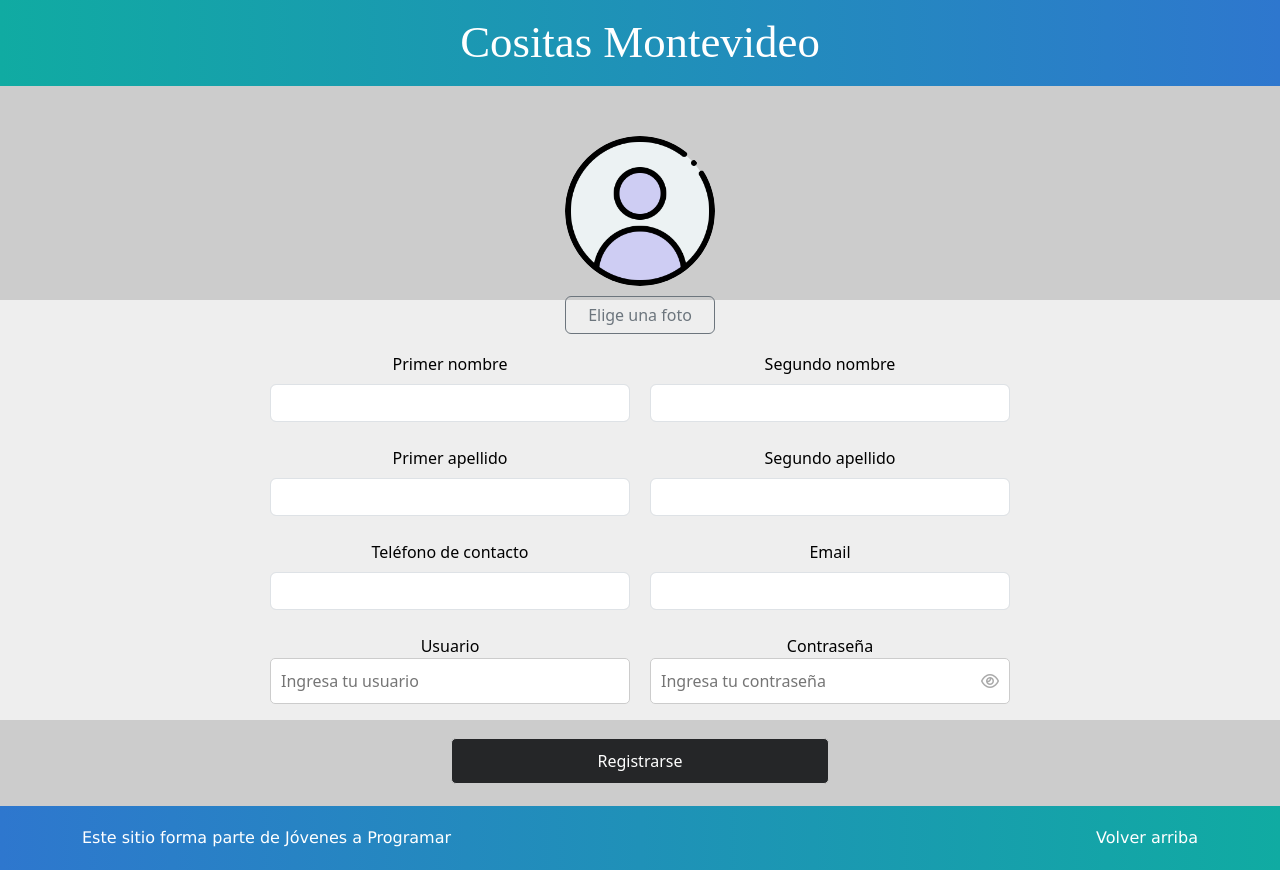
Repository: naticab/proyecto-dw
Page: registration.html
An editor plug-in stored every save of this project. The page is shown before and after the next save, followed by the edit.
The browser window is 1280 px wide. The pictures show the whole page.
Some web fonts or font styles are not loaded; a fallback is used.

Above is the page before, as saved 2024-10-22 22:15:34.
Console error: TypeError: Cannot read properties of null (reading 'classList')

### registration.html
<!DOCTYPE html>
<html lang="es">

<head>
    <meta charset="UTF-8">
    <meta name="viewport" content="width=device-width, initial-scale=1, shrink-to-fit=no">
    <title>eMercado - Todo lo que busques está aquí</title>

    <link href="https://fonts.googleapis.com/css?family=Raleway:300,300i,400,400i,700,700i,900,900i" rel="stylesheet">
    <link href="css/bootstrap.min.css" rel="stylesheet">
    <link href="https://cdn.jsdelivr.net/npm/bootstrap@5.3.0/dist/css/bootstrap.min.css" rel="stylesheet">
    <link href="https://cdn.jsdelivr.net/npm/@fortawesome/fontawesome-free/css/all.min.css" rel="stylesheet">
    <link href="css/styles.css" rel="stylesheet" type="text/css">
    <link rel="stylesheet" href="css/registration.css" type="text/css">
    <link href="css/header-and-footer.css" rel="stylesheet">
    <link href="https://fonts.googleapis.com/css2?family=Love+Ya+Like+A+Sister&display=swap" rel="stylesheet">
</head>

<body>

    <header>
        <div class="header-container">
            <h1>Cositas Montevideo</h1>
        </div>
    </header>


    <main>
        <div class="profile-container">
            <div class="profile-image">
                <img src="img/usuario.png" id="profilePic" alt="avatar">
                <input type="file" name="foto" id="foto" accept="image/*" style="display: none;" />
                <label for="foto" class="btn btn-outline-secondary">Elige una foto</label>
            </div>
            <form method="post" class="row g-1 mt-1" id="myForm">
                <div class="col-md-6">
                    <label for="nombre1" class="form-label">Primer nombre</label>
                    <input type="text" class="form-control" id="nombre1" name="nombre" required>
                    <div class="invalid-feedback">Debe ingresar un nombre.</div>
                </div>
                <div class="col-md-6">
                    <label for="nombre2" class="form-label">Segundo nombre</label>
                    <input type="text" class="form-control" id="nombre2" name="nombre2">
                </div>
                <div class="col-md-6">
                    <label for="apellido1" class="form-label">Primer apellido</label>
                    <input type="text" class="form-control" id="apellido1" name="apellido" required>
                    <div class="invalid-feedback">Debe ingresar un apellido.</div>
                </div>
                <div class="col-md-6">
                    <label for="apellido2" class="form-label">Segundo apellido</label>
                    <input type="text" class="form-control" id="apellido2" name="apellido2">
                </div>
                <div class="col-md-6">
                    <label for="telefono" class="form-label">Teléfono de contacto</label>
                    <input type="tel" class="form-control" id="telefono" name="telefono">
                </div>
                <div class="col-md-6">
                    <label for="email" class="form-label">Email</label>
                    <input type="email" class="form-control" id="email" name="email" required>
                    <div class="invalid-feedback">Debe ingresar un email.</div>
                </div>
                <div class="col-md-6">
                    <label for="username">Usuario</label>
                    <input type="text" id="username" name="username" placeholder="Ingresa tu usuario">
                </div>
                <div class="col-md-6">
                    <label for="password">Contraseña</label>
                    <div class="password-container">
                        <input type="password" id="password" name="password" placeholder="Ingresa tu contraseña">
                        <i class="far fa-eye" id="togglePassword"></i>
                    </div>
                </div>
                <div class="col-12 text-center">
                    <button type="submit" id="button">Registrarse</button>
                </div>
            </form>
        </div>
    </main>


    <footer class="text-center py-2">
        <div class="container">
            <div class="footer-content">
                <p class="footer-text">Este sitio forma parte de <a class="footer-link"
                        href="https://jovenesaprogramar.edu.uy/" target="_blank">Jóvenes a Programar</a></p>
                <p class="footer-link-end">
                    <a class="footer-link" href="#">Volver arriba</a>
                </p>
            </div>
        </div>
    </footer>

    <script src="js/bootstrap.bundle.min.js"></script>
    <script src="js/registration.js"></script>
    <script src="js/header-and-footer.js"></script>
</body>

</html>

### css/styles.css
.jumbotron,
.card-body,
.container,
.site-header {
  font-family: 'Verdana', serif !important;
}

.row {
  color: black;
}

#login-heading {
  font-size: 2rem;
}

.jumbotron .display-4 {
  font-weight: bold;
}

h2 {
  font-size: 2rem;
}

nav a {
  text-decoration: none;
}

.bd-placeholder-img {
  font-size: 1.125rem;
  text-anchor: middle;
  -webkit-user-select: none;
  -moz-user-select: none;
  -ms-user-select: none;
  user-select: none;
}

@media (min-width: 768px) {
  .bd-placeholder-img-lg {
    font-size: 3.5rem;
  }
}

.jumbotron {
  height: 50vh;
  padding: 5em inherit;
  margin-bottom: 0;
  background-color: #53C0FB;
  background: url('../img/cover_back.png');
  background-size: cover;
  background-position: center;
  background-repeat: no-repeat;
  color: black;
  font-weight: bold;
}

@media (min-width: 768px) {
  .jumbotron {
    padding-top: 6rem;
    padding-bottom: 6rem;
  }
}

.jumbotron p:last-child {
  margin-bottom: 0;
}

.jumbotron-heading {
  font-weight: 300;
}

.jumbotron .container {
  max-width: 40rem;
  background-color: rgba(255, 255, 255, 0.5);
  border-radius: 10px;
  text-shadow: 1px 1px 2px grey;
}

.jumbotron .lead {
  font-size: 38px;
}

.dropzone {
  border: 2px dashed #0087F7;
  border-radius: 5px;
  background: white;
}

.img-fit {
  max-height: 100%;
}

.alert {
  position: fixed;
  top: 80px;
  width: 50%;
  left: 50%;
  transform: translate(-50%, 0);
}

.lds-ring {
  display: inline-block;
  position: relative;
  width: 64px;
  height: 64px;
  top: 50%;
  left: 50%;
}

.cursor-active {
  cursor: pointer;
}

.left {
  float: left;
  padding: 4px;
  background-color: rgba(255, 255, 255, 0.5);
}

.lds-ring div {
  box-sizing: border-box;
  display: block;
  position: absolute;
  width: 51px;
  height: 51px;
  margin: 6px;
  border: 6px solid #fff;
  border-radius: 50%;
  animation: lds-ring 1.2s cubic-bezier(0.5, 0, 0.5, 1) infinite;
  border-color: #fff transparent transparent transparent;
}

.lds-ring div:nth-child(1) {
  animation-delay: -0.45s;
}

.lds-ring div:nth-child(2) {
  animation-delay: -0.3s;
}

.lds-ring div:nth-child(3) {
  animation-delay: -0.15s;
}

@keyframes lds-ring {
  0% {
    transform: rotate(0deg);
  }

  100% {
    transform: rotate(360deg);
  }
}

.signin {
  width: 100%;
  max-width: 330px;
  padding: 15px;
  margin: auto;
}

#spinner-wrapper {
  position: fixed;
  background-color: rgba(0, 0, 0, 0.5);
  width: 100%;
  height: 100%;
  top: 0;
  left: 0;
  z-index: 1021;
  display: none;
}

/* main {
  min-height: calc(100vh - 210px);
} */

a.custom-card,
a.custom-card:hover {
  color: inherit;
  text-decoration: inherit;
}

.checked {
  color: orange;
}

### css/registration.css
body {
    display: flex;
    flex-direction: column;
    height: 100vh; /* Asegura que el body ocupe toda la altura de la ventana */
    margin: 0;
    padding: 0;
}

main {
    display: flex;
    justify-content: center;
    align-items: center;
}


.login-container {
    width: 30em;
    text-align: center;
}

input, button {
    width: 100%;
    padding: 10px;
    margin: 10px 0;
    border-radius: 5px;
    border: 1px solid #ccc;
}

button {
    width: 50%;
    background-color: #252628;
    color: white;
    cursor: pointer;
}

button:hover {
    background-color: #3f3f3f;
}


.password-container {
    position: relative;
}

.password-container i {
    position: absolute;
    right: 10px;
    top: 50%;
    transform: translateY(-50%);
    cursor: pointer;
    color: #aaa;
}


header {
    background: #121219;
    color: #fff;
    width: 100%;
    display: flex;
    justify-content: center;
    align-items: center;
    padding: 1rem 0;
    box-sizing: border-box; /* Asegúrate de que el padding no afecte el ancho total */
    margin: 0;
}

.header-container {
    width: 100%;
    text-align: center;
}

h1 {
    font-family: "Love Ya Like A Sister", cursive;
    margin: 0;
}



@media (max-width: 768px) {
    .login-container {
        width: 25em;
    }
}

@media (max-width: 576px) {

    body {
        background-color: #AAA8A4;
    }

    .login-container {
        width: 20em;
        padding: 15px;
    }

    button {
        width: 50%;
    }

    input {
        margin: 5px 0;
    }

    footer {
        visibility: hidden;
    }
}







.bd-placeholder-img {
    font-size: 1.125rem;
    text-anchor: middle;
    -webkit-user-select: none;
    -moz-user-select: none;
    -ms-user-select: none;
    user-select: none;
  }

  @media (min-width: 768px) {
    .bd-placeholder-img-lg {
      font-size: 3.5rem;

    }

    html,
    body {
      height: 100%;
      margin: 0;
    }
  }

  body {
    background-color: #eeeeee;
    height: 100vh;
    background: linear-gradient(to bottom, #cccccc 300px, #eeeeee 300px);
  }

  .profile-container {
    display: flex;
    flex-direction: column;
    align-items: center;
    padding-top: 50px;
    margin: 0 auto;
    max-width: 800px;
    /* Puedes ajustar esto según el diseño que quieras */
    padding: 50px 20px 20px 20px;
    height: 100%;
  }

  .profile-image img {
    border-radius: 50%;
    width: 150px;
    height: 150px;
  }

  form {
    max-width: 800px;
    width: 100%;
  }

  label {
    display: block;
    text-align: center;
  }

  button {
    margin-top: 20px;
  }

  input {
    display: block;
    margin: 0 auto;
  }

  .row {
    display: flex;
    flex-wrap: wrap;
    justify-content: center;
  }

  .col-md-6 {
    width: 50%;
    padding: 10px;
  }

  .btn-outline-secondary {
    display: block;
    margin-top: 10px;
  }

### css/header-and-footer.css
header {
    background: linear-gradient(to right, #10ABA2, #2E77CE);
    color: #fff;
    position: relative;
}

h1 {
    font-family: "Love Ya Like A Sister", cursive;
    font-size: 2.8rem;
}

a#inicio {
    color: #f1f1f1;
    text-decoration: none;
}

a#inicio:hover {
    color: white;
    transition: color 0.3s, text-shadow 0.3s;
}

.subtitulos-header {
    font-size: 1.2rem;
}

a.nav-link {
    color: #f1f1f1;
}

a.nav-link:hover {
    color: #9b9a9b;
    transition: color 0.3s, text-shadow 0.3s;
    transform: scale(1.05);
}

/* Espaciado entre los elementos del menú */
.navbar-nav .nav-item {
    margin-right: 40px;
}

.navbar-nav .nav-item:last-child {
    margin-right: 0;
    /* Quitar margen derecho al último elemento */
}

#user-name.nav-link {
    color: #f1f1f1;
}

#user-name.nav-link:hover {
    color: #9b9a9b;
    transform: scale(1.05);
    transition: color 0.3s, text-shadow 0.3s;
}

.navbar-collapse {
    justify-content: flex-end;
}

.navbar-toggler:hover {
    cursor: pointer;
}


.user-avatar {
    border-radius: 50%;
    width: 50px;
    height: 50px;
}

.user-avatar:hover {
    transform: scale(1.10);
    transition: 0.3s;
}

.navbar-nav .dropdown-menu {
    background: linear-gradient(to right, #10ABA2, #2E77CE);
    border: none;
}

.navbar-nav .dropdown-menu:hover {
    cursor: pointer;
    color: #9b9a9b;
    transition: color 0.3s, text-shadow 0.3s;
}

.dropdown-toggle::after {
    display: none;
}

.navbar-nav .nav-link {
    display: flex;
    align-items: center;
    height: 100%;
    padding: 0.5rem 0;
}



/* Modo Claroscuro */

/* Modo Claro */
body.light-mode {
    background-color: #edf2f374;
}

body.light-mode .product-card:hover {
    box-shadow: 0 4px 8px #16161633;
    background-color: #bef3ff91;
    cursor: pointer;
}

body.light-mode .related-products:hover {
    box-shadow: #00000033;
    background-color: #bef3ff91;
    cursor: pointer;
}



/* Modo Oscuro */
body.dark-mode {
    background-color: #262729;
    color: rgb(208, 208, 208);
}

body.dark-mode .product-card:hover {
    box-shadow: 0 4px 8px #16161633;
    background-color: #bef3ff;
    cursor: pointer;
}

body.dark-mode .related-products:hover {
    box-shadow: #00000033;
    background-color: #bef3ff;
    cursor: pointer;
}

body.dark-mode .color-letters {
    color: white;
}


/* Palanca para activar el claroscuro */

#mode-toggle {
    border: none;
    outline: none;
    box-shadow: none;
}

#mode-toggle i {
    transition: color 0.3s;
    font-size: 1.2rem;
    cursor: pointer;
    color: #ffffff;
}

#mode-toggle:hover {
    background: none;
    transform: scale(1.05);
}

#mode-toggle:hover .fa-sun {
    color: #ffd700;
}

#mode-toggle:hover .fa-moon {
    color: #000000;
}



/* Cart */

#cart-button {
    border: none;
    outline: none;
    box-shadow: none;
    background-color: transparent;
}

#cart-button i {
    transition: color 0.3s;
    font-size: 1.2rem;
    color: #ffffff;
}

#cart-button i:hover {
    color: #9B9A9B;
    transform: scale(1.05);
}




@media (max-width: 995px) {

    .hamburger {
        display: flex;
        flex-direction: row;
        align-items: center;
        justify-content: space-between;
    }

    .navbar-toggler {
        position: relative;
        right: 0;
    }

    .navbar-collapse {
        display: none;
        position: absolute;
        top: 148%;
        left: -45px;
        width: 270%;
        z-index: 999;
        flex-direction: column-reverse;
        align-items: center;
        justify-content: center;
    }

    .navbar-collapse.show {
        display: flex;
    }

    .navbar-nav {
        background: linear-gradient(to right, #10ABA2, #2E77CE);
        color: #fff;
        padding: 1.5rem;
        border-radius: 0 0 100px 100px;
        font-weight: bold;
        text-align: center;
        display: flex;
        justify-content: center;
        /* Centra horizontalmente todos los li */
        align-items: center;
        /* Centra verticalmente los li */
        width: 100%;
    }

    .navbar-toggler-icon {
        background-image: url('data:[embedded picture, 238 characters]');
        filter: brightness(0) invert(1);
        /* Cambia el icono a blanco */
    }

    .navbar-toggler:focus {
        outline: none;
        box-shadow: none;
    }


    .navbar-nav:hover {
        cursor: pointer;
    }

    a.nav-link:hover {
        color: #9b9a9b;
        transition: color 0.3s, text-shadow 0.3s;
        transform: scale(1.05);
    }

    .navbar-nav .nav-item {
        margin: 10px 0;
    }
}


footer {
    background: linear-gradient(to right, #2E77CE, #10ABA2);
    color: #fff;
    min-height: 4rem;
    display: flex;
    justify-content: center;
    align-items: center;
    padding: 0 1rem;
}

.container {
    width: 100%;
}

.footer-content {
    display: flex;
    justify-content: space-between;
    width: 100%;
    align-items: center;
}

.footer-text {
    margin: 0;
    text-align: center;
}

.footer-link-end {
    margin: 0;
    text-align: right;
}

.footer-link {
    color: #fff;
    text-decoration: none;
}

.footer-link:hover {
    color: #9b9a9b;
    transition: color 0.3s, text-shadow 0.3s;
    transform: scale(1.05);
}


/* Menú desplegable del usuario */

@media (max-width: 995px) {
    .navbar-nav .dropdown-menu {
        width: auto;
        min-width: 150px;
        max-width: 200px;
        left: 0;
        right: auto;
        top: 100%;
        position: relative;
        z-index: 1000;
    }

    .dropdown-menu>li {
        padding: 0.05rem;

    }

    .dropdown-item {
        width: 100%;
        white-space: normal;
    }
}

main {
    min-height: 100vh;
    /* El contenido ocupará al menos el 100% de la altura de la ventana */
    padding-bottom: 30px;
    /* Da espacio suficiente para que el contenido no se superponga con el footer */
    box-sizing: border-box;
}

### js/registration.js
document.getElementById('togglePassword').addEventListener('click', function () {
    const passwordField = document.getElementById('password');
    const type = passwordField.getAttribute('type') === 'password' ? 'text' : 'password';
    passwordField.setAttribute('type', type);

    this.classList.toggle('fa-eye-slash');
});

document.getElementById('button').addEventListener('click', function(event) {
    const username = document.getElementById('username').value;
    const password = document.getElementById('password').value;
    if (username !== '' && password !== '') {
         localStorage.setItem('isAuthenticated', 'true');
         localStorage.setItem('username', username);
        window.location.href = 'index.html';
    } else {
         alert('Usuario o contraseña incorrectos.');
     }
});


document.addEventListener("DOMContentLoaded", function () {
    const defaultFile = 'img/usuario.png';
    const fileInput = document.getElementById('foto');
    const profilePic = document.getElementById('profilePic');
    const userImageElement = document.getElementById('user-image');
    const userImage = userImageElement ? userImageElement.querySelector('img') : null;

    // Cargar la imagen de perfil desde localStorage
    const savedImage = localStorage.getItem('profileImage');
    if (savedImage) {
      profilePic.src = savedImage; // Actualiza la imagen en el perfil
      if (userImage) userImage.src = savedImage; // Actualiza la imagen en el header
    } else {
      profilePic.src = defaultFile; // Imagen por defecto
      if (userImage) userImage.src = defaultFile; // Imagen por defecto
    }

    fileInput.addEventListener('change', e => {
      if (e.target.files[0]) {
        const reader = new FileReader();
        reader.onload = function (e) {
          const imageBase = e.target.result;
          profilePic.src = imageBase; // Actualiza la imagen en el perfil
          if (userImage) userImage.src = imageBase; // Actualiza la imagen en el header
          localStorage.setItem('profileImage', imageBase); // Guarda la imagen en localStorage
        };
        reader.readAsDataURL(e.target.files[0]); // Lee el archivo como URL en Base64
      } else {
        profilePic.src = defaultFile; // Imagen por defecto
        if (userImage) userImage.src = defaultFile; // Imagen por defecto
        localStorage.removeItem('profileImage'); // Eliminar imagen de localStorage
      }
    });

    // Recuperar los datos guardados en localStorage al cargar la página
    const nombre1 = document.getElementById("nombre1");
    const apellido = document.getElementById("apellido1");
    const email = document.getElementById("email");

    if (localStorage.getItem("nombre")) {
      nombre1.value = localStorage.getItem("nombre");
    }

    if (localStorage.getItem("apellido")) {
      apellido.value = localStorage.getItem("apellido");
    }

    if (localStorage.getItem("userEmail")) {
      email.value = localStorage.getItem("userEmail");
    }

    // Validación del formulario y guardar datos en localStorage
    document.getElementById("regBtn").addEventListener("click", function (e) {
      e.preventDefault(); // Evita el envío del formulario
      let isValid = true;

      // Validar campos requeridos
      if (!nombre1.value.trim()) {
        nombre1.classList.add("is-invalid");
        isValid = false;
      } else {
        nombre1.classList.remove("is-invalid");
        nombre1.classList.add("is-valid");
      }

      if (!apellido.value.trim()) {
        apellido.classList.add("is-invalid");
        isValid = false;
      } else {
        apellido.classList.remove("is-invalid");
        apellido.classList.add("is-valid");
      }

      // Validación del email usando una expresión regular para verificar que tenga @
      const emailRegex = /^[^\s@]+@[^\s@]+\.[^\s@]+$/;
      if (!email.value.trim() || !emailRegex.test(email.value)) {
        email.classList.add("is-invalid");
        isValid = false;
      } else {
        email.classList.remove("is-invalid");
        email.classList.add("is-valid");
      }

      // Si todo es válido, guardar en localStorage
      if (isValid) {
        localStorage.setItem("nombre", nombre1.value);
        localStorage.setItem("apellido", apellido.value);
        localStorage.setItem("userEmail", email.value);
        alert("Datos guardados con éxito.");
      }
    });
  });

### js/header-and-footer.js
document.addEventListener('click', function(event) {
    var navbar = document.querySelector('.navbar-collapse');
    var toggler = document.querySelector('.navbar-toggler');

    // Si el menú está abierto y se hace clic fuera de él, lo cierra
    if (navbar.classList.contains('show') && !navbar.contains(event.target) && !toggler.contains(event.target)) {
        var bsCollapse = new bootstrap.Collapse(navbar, {
            toggle: false
        });
        bsCollapse.hide();
    }
});

// Cerrar el menú automáticamente al hacer clic en cualquier enlace
var navLinks = document.querySelectorAll('.nav-link');
navLinks.forEach(function(link) {
    link.addEventListener('click', function() {
        var navbar = document.querySelector('.navbar-collapse');
        var bsCollapse = new bootstrap.Collapse(navbar, {
            toggle: false
        });
        bsCollapse.hide();
    });
});


// Modo Claroscuro

// Seleccionar el botón y el icono
const modeToggle = document.getElementById("mode-toggle");
const themeIcon = document.getElementById("theme-icon");

// Establecer el modo inicial según el modo de color preferido del navegador
if (localStorage.getItem("theme") === "dark") {
    document.body.classList.add("dark-mode");
    themeIcon.classList.remove("fa-moon");
    themeIcon.classList.add("fa-sun");
} else {
    document.body.classList.add("light-mode");
    themeIcon.classList.remove("fa-sun");
    themeIcon.classList.add("fa-moon");
}

// Función para alternar entre modos
modeToggle.addEventListener("click", () => {
    document.body.classList.toggle("dark-mode");
    document.body.classList.toggle("light-mode");

    // Cambiar el icono y guardar la preferencia en localStorage
    if (document.body.classList.contains("dark-mode")) {
        themeIcon.classList.remove("fa-moon");
        themeIcon.classList.add("fa-sun");
        localStorage.setItem("theme", "dark");
    } else {
        themeIcon.classList.remove("fa-sun");
        themeIcon.classList.add("fa-moon");
        localStorage.setItem("theme", "light");
    }
});

Loaded but not shown: css/bootstrap.min.css (library); js/bootstrap.bundle.min.js (library)

After the next save:
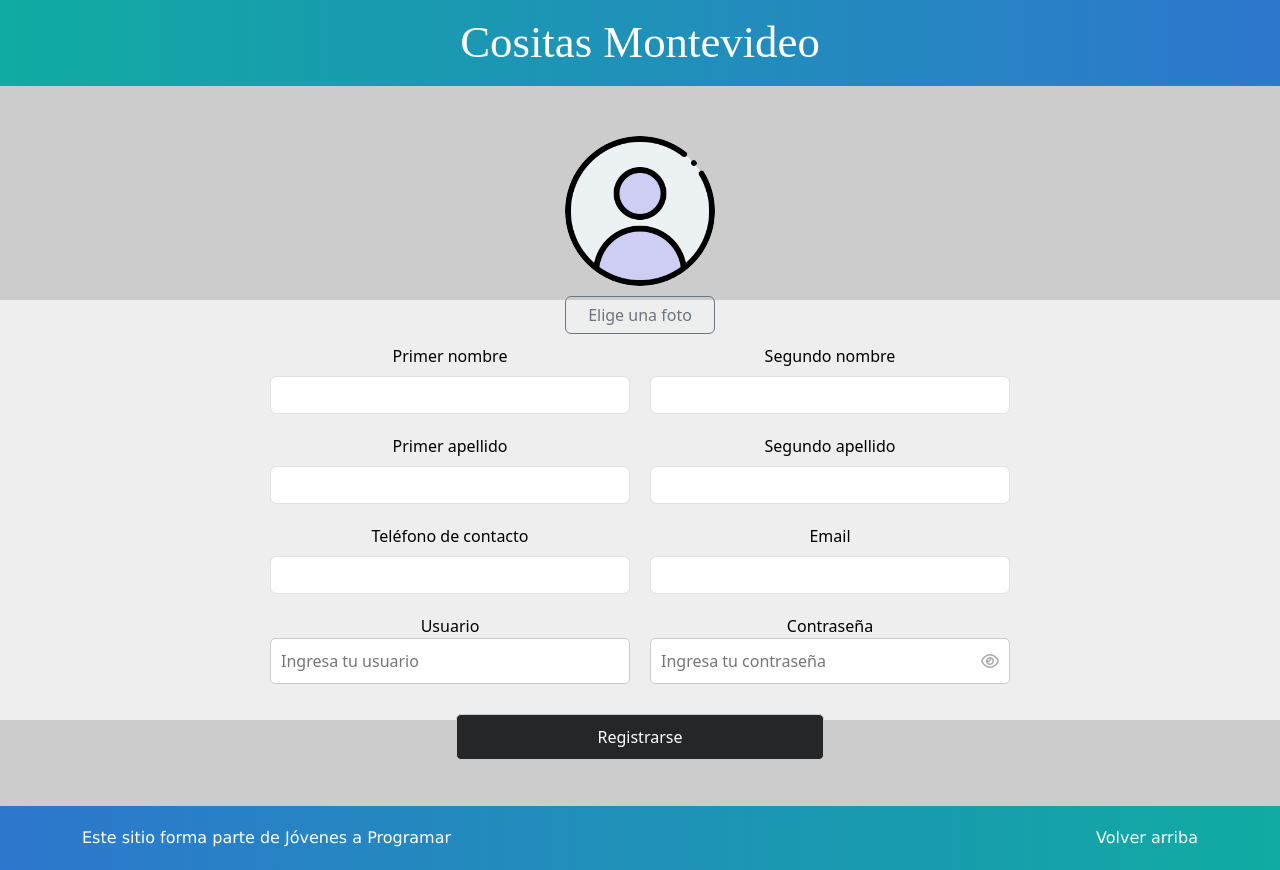
Saved 12 s later.
--- a/registration.html
+++ b/registration.html
@@ -32,7 +32,7 @@
                 <input type="file" name="foto" id="foto" accept="image/*" style="display: none;" />
                 <label for="foto" class="btn btn-outline-secondary">Elige una foto</label>
             </div>
-            <form method="post" class="row g-1 mt-1" id="myForm">
+            <form method="post" class="row" id="myForm">
                 <div class="col-md-6">
                     <label for="nombre1" class="form-label">Primer nombre</label>
                     <input type="text" class="form-control" id="nombre1" name="nombre" required>
